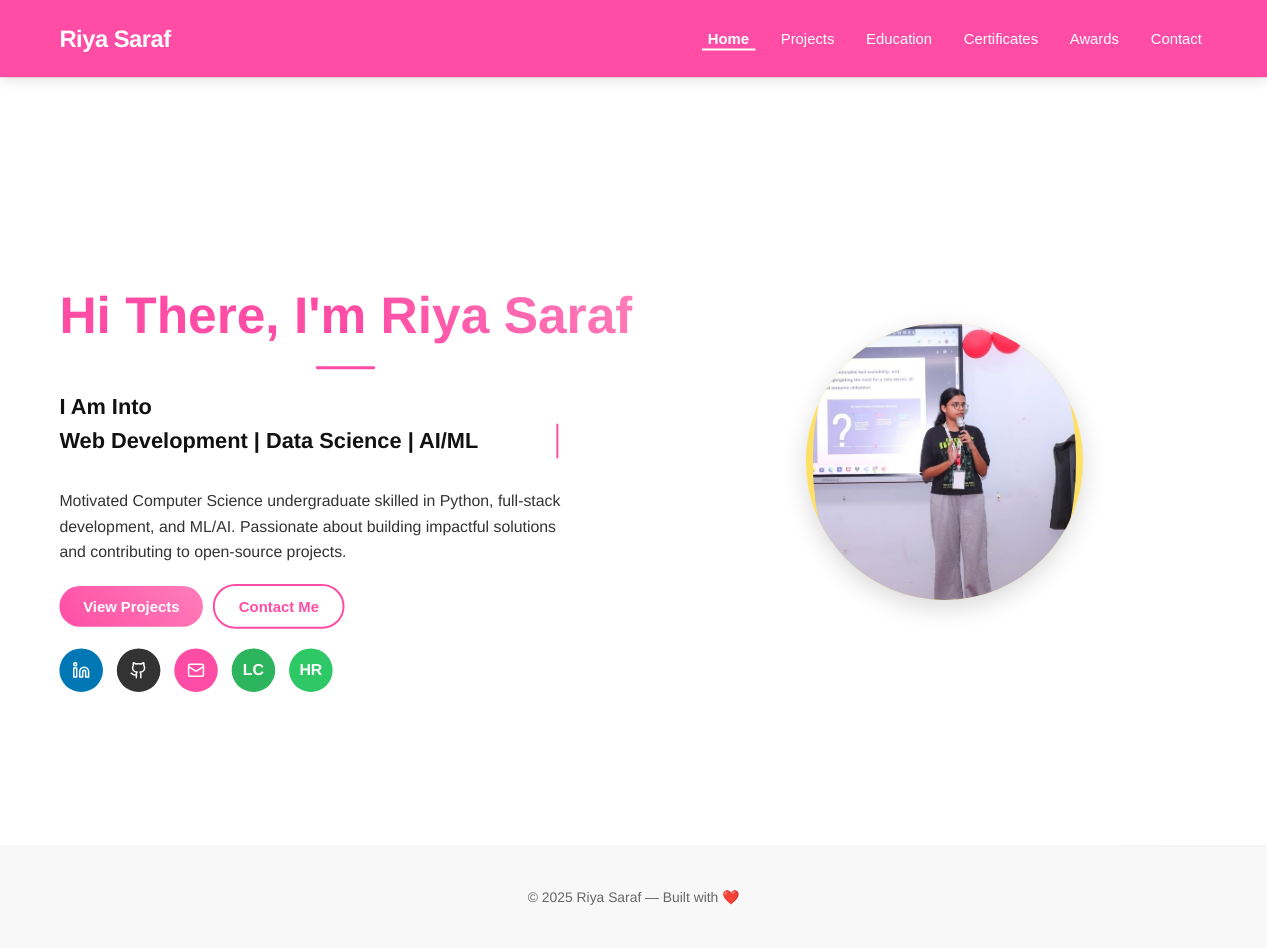
Repository: riyaaaa19/riya-portfolio
Page: /
The author's editor kept a copy of each file at every save. The page is drawn from the files as they stood at one save, then again after the next save.
The browser window is 1280 px wide. The pictures show the whole page, at 99% of full size.
The project was rebuilt for these pictures with package versions that can differ from the ones it lists, and the page was loaded fresh each time. Also part of the build but not shown: src/components/TimelineCard.js.

Above is the page before, as saved 2025-09-13 17:19:45.

### src/App.js
import React, { useState } from "react";
import { Mail, Github, Linkedin } from "lucide-react";
import TimelineCard from "./components/TimelineCard"; // adjust path if needed
import "./styles.css"; // Add styles here

export default function RiyaSarafPortfolio() {
  const [activePage, setActivePage] = useState("home");

  const projects = [
    {
      title: "Leave Management System",
      tech: "React.js, FastAPI, PostgreSQL, JWT",
      desc: "Full-stack app for managing employee leave requests with role-based access and JWT authentication.",
      github: "https://github.com/riyaaaa19/leave-management-system",
      live: "https://leave-management-system-cltb.onrender.com/",
      img: "/images/leave.png",
    },
    {
      title: "Genomic Analysis Web Application",
      tech: "Python, Django, Scikit-learn, Pandas",
      desc: "Django app for genomic data analysis with ML model selection, preprocessing and visualizations.",
      github: "https://github.com/riyaaaa19/genomic-analysis-django",
      img: "/images/genomics.png",
    },
    {
      title: "CyberSaarthi – Phishing & Invoice Fraud Detection",
      tech: "FastAPI, React.js, SQLite",
      desc: "ML + rule-based backend for phishing and invoice fraud detection with document parsing and structured reports.",
      github: "https://github.com/riyaaaa19/CyberSaarthi",
      img: "/images/cyber.png",
    },
  ];

  const education = [
    {
      school: "BADERIA GLOBAL INSTITUTE OF ENGINEERING AND MANAGEMENT",
      degree: "B.Tech CSE (Data Science)",
      year: "2022 – 2026",
      score: "CGPA: 8.28",
    },
    {
      school: "Nachiketa Higher Secondary School, Jabalpur",
      degree: "Class 12th • PCM • State Board",
      year: "2022",
      score: "Percentage: 73.4%",
    },
    {
      school: "Nachiketa Higher Secondary School, Jabalpur",
      degree: "Class 10th • State Board",
      year: "2020",
      score: "Percentage: 92%",
    },
  ];

  const certificates = [
    { title: "PCAP: Programming Essentials in Python", img: "/images/certificate1.jpg" },
    { title: "Introduction to Data Science — Cisco", img: "/images/certificate2.jpg" },
    { title: "Accenture Data Analytics Simulation", img: "/images/certificate3.jpg" },
    { title: "Global Entrepreneur Summit — IIT Kharagpur", img: "/images/certificate4.jpg" },
  ];

  const awards = [
    { title: "Branch Topper — 2023, 2024, 2025", img: "/images/award1.jpg" },
    { title: "Best Girls Team Award — Hack SRIT 2025", img: "/images/award2.jpg" },
    { title: "1st Runner-Up — Ecopreneur Hackathon", img: "/images/award3.jpg" },
  ];

  return (
    <div>
      <header>
        <h1>Riya Saraf</h1>
        <nav>
          {["home", "projects", "education", "certificates", "awards", "contact"].map((page) => (
            <button
              key={page}
              onClick={() => setActivePage(page)}
              className={activePage === page ? "active" : ""}
            >
              {page.charAt(0).toUpperCase() + page.slice(1)}
            </button>
          ))}
        </nav>
      </header>

      {activePage === "home" && (
        <section className="hero">
          <div className="particle-bg">
            <span></span><span></span><span></span><span></span><span></span>
          </div>

          <div className="hero-text">
            <h2>
              Hi There, I'm <span className="highlight">Riya Saraf</span>
            </h2>
            <h3>
              I Am Into{" "}
              <span className="typing">
                Web Development | Data Science | AI/ML
              </span>
            </h3>
            <p>
              Motivated Computer Science undergraduate skilled in Python,
              full-stack development, and ML/AI. Passionate about building
              impactful solutions and contributing to open-source projects.
            </p>
            <div style={{ marginTop: "20px" }}>
              <button className="cta" onClick={() => setActivePage("projects")}>
                View Projects
              </button>
              <button className="outline" onClick={() => setActivePage("contact")}>
                Contact Me
              </button>
            </div>
            <div className="social-icons">
              <a href="https://linkedin.com/in/riya-saraf-9223a9257" target="_blank" rel="noreferrer">
                <Linkedin size={18} />
              </a>
              <a href="https://github.com/riyaaaa19" target="_blank" rel="noreferrer">
                <Github size={18} />
              </a>
              <a href="mailto:riyasaraf19@gmail.com">
                <Mail size={18} />
              </a>
              <a href="https://leetcode.com/u/riyaaa19/" target="_blank" rel="noreferrer">LC</a>
              <a href="https://www.hackerrank.com/profile/riyasaraf19" target="_blank" rel="noreferrer">HR</a>
            </div>
          </div>

          <div className="hero-img">
            <div className="avatar-circle">
              <img src="/images/riya-photo.png" alt="Riya Saraf" />
            </div>
          </div>
        </section>
      )}

      {activePage === "projects" && (
        <section>
          <h2>Projects</h2>
          <div className="grid">
            {projects.map((p, i) => (
              <TimelineCard
                key={i}
                title={p.title}
                subtitle={p.tech}
                img={p.img}
                score={<span style={{ color: "#555" }}>{p.desc}</span>}
                github={p.github}
                live={p.live}
                type="project"
              />
            ))}
          </div>
        </section>
      )}

      {activePage === "education" && (
        <section>
          <h2>Education</h2>
          {education.map((e, i) => (
            <TimelineCard
              key={i}
              title={e.school}
              subtitle={e.degree}
              year={e.year}
              score={e.score}
              icon="🎓"
              type="education"
            />
          ))}
        </section>
      )}

      {activePage === "certificates" && (
        <section>
          <h2>Certificates</h2>
          <div className="grid">
            {certificates.map((c, i) => (
              <TimelineCard key={i} title={c.title} img={c.img} type="certificate" />
            ))}
          </div>
        </section>
      )}

      {activePage === "awards" && (
        <section>
          <h2>Awards</h2>
          <div className="grid">
            {awards.map((a, i) => (
              <TimelineCard key={i} title={a.title} img={a.img} type="award" />
            ))}
          </div>
        </section>
      )}

      {activePage === "contact" && (
        <section>
          <h2>Contact</h2>
          <p>
            Email:{" "}
            <a href="mailto:riyasaraf19@gmail.com" style={{ color: "#ff4da6" }}>
              riyasaraf19@gmail.com
            </a>
          </p>
          <p>
            LinkedIn:{" "}
            <a
              href="https://linkedin.com/in/riya-saraf-9223a9257"
              target="_blank"
              rel="noreferrer"
              style={{ color: "#ff4da6" }}
            >
              linkedin.com/in/riya-saraf
            </a>
          </p>
          <p>
            GitHub:{" "}
            <a
              href="https://github.com/riyaaaa19"
              target="_blank"
              rel="noreferrer"
              style={{ color: "#ff4da6" }}
            >
              github.com/riyaaaa19
            </a>
          </p>
        </section>
      )}

      <footer>© {new Date().getFullYear()} Riya Saraf — Built with ❤️</footer>
    </div>
  );
}

### src/styles.css
body {
  margin: 0;
  font-family: 'Helvetica Neue', Arial, sans-serif;
  background: linear-gradient(135deg, #fdfbfb 0%, #ebedee 100%);
  color: #111;
  line-height: 1.6;
  scroll-behavior: smooth;
}

/* ===== Header ===== */
header {
  position: sticky;
  top: 0;
  background: #ff4da6;
  padding: 20px 60px;
  display: flex;
  justify-content: space-between;
  align-items: center;
  z-index: 100;
  box-shadow: 0 4px 12px rgba(0, 0, 0, 0.1);
  animation: slideDown 0.8s ease-in-out;
}

header h1 {
  margin: 0;
  font-size: 24px;
  font-weight: 700;
  color: #fff;
  letter-spacing: -0.5px;
  transition: transform 0.3s ease;
}

header h1:hover {
  transform: scale(1.08);
}

nav button {
  background: none;
  border: none;
  margin-left: 20px;
  font-size: 15px;
  color: #fff;
  cursor: pointer;
  transition: color 0.3s, border-bottom 0.3s, transform 0.3s;
}

nav button.active {
  font-weight: 600;
  border-bottom: 2px solid #fff;
  padding-bottom: 2px;
}

nav button:hover {
  color: #ffe3f0;
  transform: translateY(-2px);
}

/* ===== Sections ===== */
section {
  padding: 80px 60px;
  background: white;
  animation: fadeIn 1s ease-in;
}

section h2 {
  font-size: 32px;
  font-weight: 700;
  margin-bottom: 25px;
  color: #ff4da6;
  text-align: center;
  position: relative;
}

section h2::after {
  content: "";
  width: 60px;
  height: 3px;
  background: #ff4da6;
  display: block;
  margin: 10px auto 0;
  border-radius: 2px;
  animation: expand 0.8s ease-in-out;
}

/* ===== Hero Section ===== */
.hero {
  display: flex;
  justify-content: space-between;
  align-items: center;
  gap: 50px;
  padding: 100px 60px;
  min-height: 80vh;
  position: relative;
  overflow: hidden;
}

.hero-text h2 {
  font-size: 52px;
  font-weight: 800;
  margin-bottom: 10px;
  color: #ff4da6;
}

.hero-text .highlight {
  background: linear-gradient(45deg, #ff4da6, #ff7eb9);
  -webkit-background-clip: text;
  -webkit-text-fill-color: transparent;
}

.hero-text h3 {
  font-size: 22px;
  font-weight: 600;
  margin: 20px 0;
  color: #111;
}

.hero-text p {
  max-width: 520px;
  font-size: 16px;
  color: #333;
  line-height: 1.6;
}

.typing {
  border-right: 2px solid #ff4da6;
  white-space: nowrap;
  overflow: hidden;
  display: inline-block;
  animation: typing 5s steps(30) infinite alternate;
}

@keyframes typing {
  from { width: 0; }
  to { width: 100%; }
}

/* ===== Avatar ===== */
.hero-img {
  flex: 1;
  display: flex;
  justify-content: center;
  align-items: center;
}

.avatar-circle {
  width: 280px;
  height: 280px;
  border-radius: 50%;
  background: #ffe066;
  display: flex;
  justify-content: center;
  align-items: center;
  box-shadow: 0 8px 25px rgba(0,0,0,0.15);
  overflow: hidden;
  transition: transform 0.4s ease, box-shadow 0.4s ease;
}

.avatar-circle img {
  width: 95%;
  height: auto;
  border-radius: 50%;
  object-fit: cover;
}

.avatar-circle:hover {
  transform: scale(1.05);
  box-shadow: 0 10px 30px rgba(255, 77, 166, 0.3);
}

/* ===== Buttons ===== */
button.cta,
button.outline {
  font-size: 15px;
  padding: 12px 24px;
  border-radius: 25px;
  font-weight: 600;
  cursor: pointer;
}

button.cta {
  background: linear-gradient(45deg, #ff4da6, #ff7eb9);
  color: white;
  border: none;
  margin-right: 10px;
  transition: transform 0.3s, box-shadow 0.3s;
}

button.cta:hover {
  transform: translateY(-2px);
  box-shadow: 0 4px 12px rgba(255, 77, 166, 0.4);
}

button.outline {
  background: none;
  border: 2px solid #ff4da6;
  color: #ff4da6;
  transition: all 0.3s ease-in-out;
}

button.outline:hover {
  background: #ff4da6;
  color: white;
  box-shadow: 0 4px 12px rgba(255, 77, 166, 0.4);
}

/* ===== Social Icons ===== */
.social-icons {
  display: flex;
  gap: 14px;
  margin-top: 20px;
}

.social-icons a {
  width: 44px;
  height: 44px;
  border-radius: 50%;
  display: flex;
  align-items: center;
  justify-content: center;
  font-size: 16px;
  color: #fff;
  transition: transform 0.3s ease, background 0.3s ease;
  text-decoration: none;
}

.social-icons a:hover {
  transform: translateY(-3px);
}

/* Specific brand colors */
.social-icons a[href*="linkedin"] { background: #0077b5; }
.social-icons a[href*="github"] { background: #333; }
.social-icons a[href*="mailto"] { background: #ff4da6; }
.social-icons a[href*="leetcode"] { background: #2db55d; font-weight: 600; }
.social-icons a[href*="hackerrank"] { background: #2ec866; font-weight: 600; }

/* ===== Particle Background (Pure CSS) ===== */
.particle-bg {
  position: absolute;
  top: 0;
  left: 0;
  width: 100%;
  height: 100%;
  overflow: hidden;
  z-index: -1;
}

.particle-bg span {
  position: absolute;
  display: block;
  width: 6px;
  height: 6px;
  background: #ff4da6;
  border-radius: 50%;
  animation: float 10s linear infinite;
  opacity: 0.5;
}

.particle-bg span:nth-child(1) { top: 20%; left: 15%; animation-duration: 12s; }
.particle-bg span:nth-child(2) { top: 40%; left: 70%; animation-duration: 8s; }
.particle-bg span:nth-child(3) { top: 65%; left: 25%; animation-duration: 15s; }
.particle-bg span:nth-child(4) { top: 80%; left: 55%; animation-duration: 10s; }
.particle-bg span:nth-child(5) { top: 30%; left: 85%; animation-duration: 14s; }

@keyframes float {
  0% { transform: translateY(0) scale(1); opacity: 0.6; }
  50% { transform: translateY(-40px) scale(1.2); opacity: 1; }
  100% { transform: translateY(0) scale(1); opacity: 0.6; }
}

/* ===== Cards Grid ===== */
.grid {
  display: grid;
  grid-template-columns: repeat(auto-fit, minmax(320px, 1fr));
  gap: 25px;
  padding: 20px 0;
}

.grid img {
  border-radius: 12px;
  transition: transform 0.4s ease, box-shadow 0.4s ease;
}

.grid img:hover {
  transform: scale(1.03);
  box-shadow: 0 10px 20px rgba(0, 0, 0, 0.1);
}

/* ===== Footer ===== */
footer {
  text-align: center;
  padding: 40px 0;
  font-size: 14px;
  color: #666;
  background: #f8f8f8;
  border-top: 1px solid #eee;
}

/* ===== Animations ===== */
@keyframes fadeIn {
  0% { opacity: 0; transform: translateY(20px); }
  100% { opacity: 1; transform: translateY(0); }
}

@keyframes fadeUp {
  0% { opacity: 0; transform: translateY(40px); }
  100% { opacity: 1; transform: translateY(0); }
}

@keyframes slideDown {
  0% { transform: translateY(-100%); }
  100% { transform: translateY(0); }
}

@keyframes expand {
  from { width: 0; }
  to { width: 60px; }
}

Loaded but not shown: public/index.html (common file); src/index.js (common file)

After the next save:
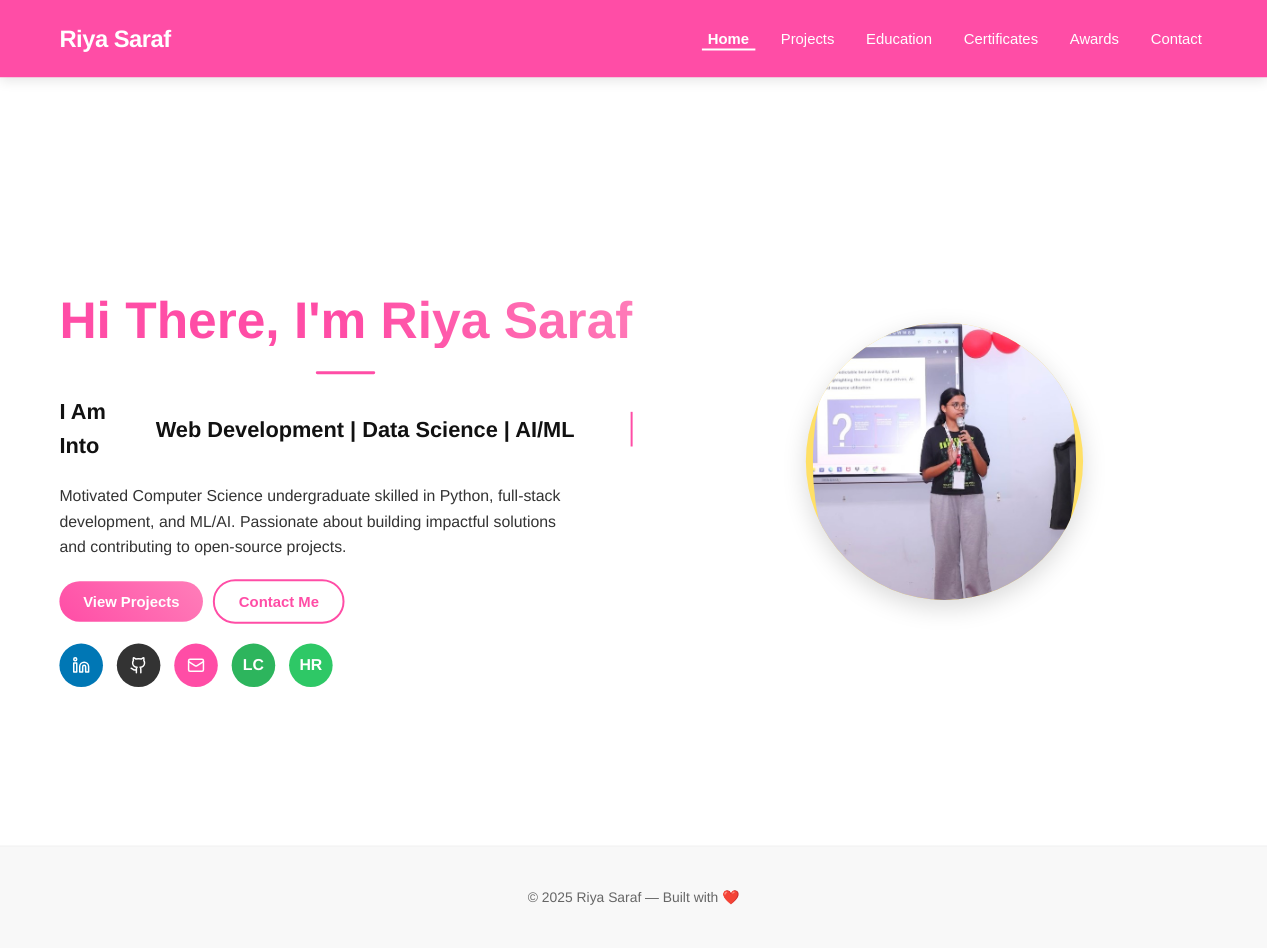
Saved 2 min 34 s later.
--- a/src/styles.css
+++ b/src/styles.css
@@ -112,6 +112,9 @@ section h2::after {
   font-weight: 600;
   margin: 20px 0;
   color: #111;
+  display: flex;
+  align-items: center;   /* keeps alignment */
+  gap: 8px;              /* spacing between static text and typing */
 }
 
 .hero-text p {
@@ -122,10 +125,11 @@ section h2::after {
 }
 
 .typing {
+  display: inline-block;
   border-right: 2px solid #ff4da6;
   white-space: nowrap;
   overflow: hidden;
-  display: inline-block;
+  vertical-align: middle;
   animation: typing 5s steps(30) infinite alternate;
 }
 
@@ -271,19 +275,23 @@ button.outline:hover {
 /* ===== Cards Grid ===== */
 .grid {
   display: grid;
-  grid-template-columns: repeat(auto-fit, minmax(320px, 1fr));
-  gap: 25px;
-  padding: 20px 0;
+  grid-template-columns: repeat(auto-fit, minmax(360px, 1fr)); /* bigger */
+  gap: 30px;
+  padding: 30px 0;
+  justify-content: center;
 }
 
 .grid img {
+  width: 100%;
+  height: 220px;            /* uniform */
+  object-fit: cover;
   border-radius: 12px;
   transition: transform 0.4s ease, box-shadow 0.4s ease;
 }
 
 .grid img:hover {
   transform: scale(1.03);
-  box-shadow: 0 10px 20px rgba(0, 0, 0, 0.1);
+  box-shadow: 0 10px 20px rgba(0, 0, 0, 0.15);
 }
 
 /* ===== Footer ===== */
